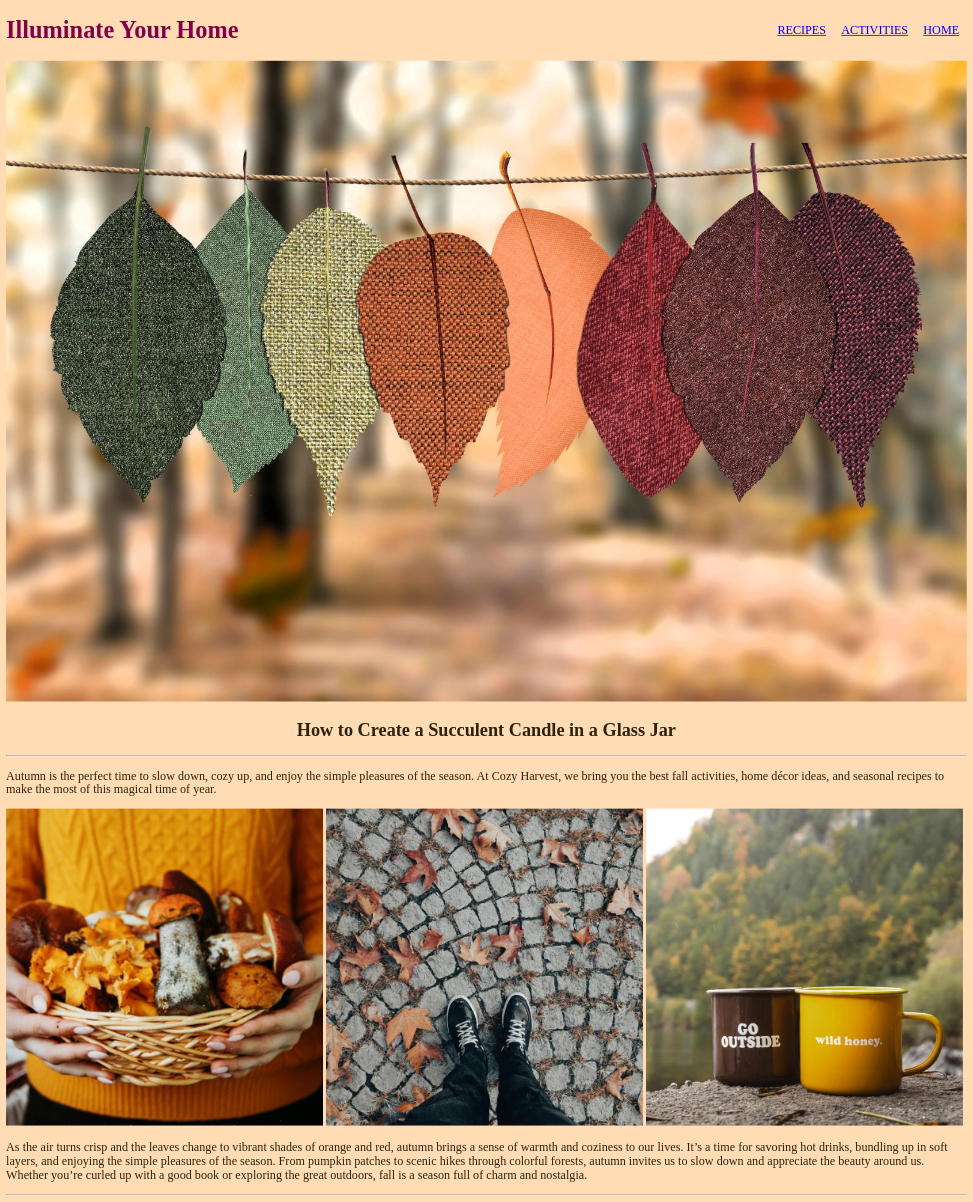
Repository: Brittany-Westlund/MART341-WebDesign
Page: WebDesignHomework/Assignment9/index.html
An editor plug-in stored every save of this project. The page is shown before and after the next save, followed by the edit.
The browser window is 1280 px wide. The pictures show the whole page, at 76% of full size.

Above is the page before, as saved 2024-10-25 19:13:54.

### WebDesignHomework/Assignment9/index.html
<!DOCTYPE html>
<html>
<head>
<meta charset="UTF-8">
<title>Autumn Orchard</title>
<meta name="viewport" content="width=device-width, initial-scale=1.0">
    <style>
      body {background-color: rgb(255, 220, 180)}
      h1, h3, blockquote {color: rgb(128, 0, 73)}
      h2, p {color: rgb(45, 34, 13)}
    </style>
</head>
<body>

    <a style="float: right; padding: 10px" href="index.html">HOME</a>
    <a style="float: right; padding: 10px" href="activities.html">ACTIVITIES</a>
    <a style="float: right; padding: 10px" href="recipes.html">RECIPES</a>

    <h1 style="text-align: left;">Illuminate Your Home</h1>
    <img src="images/autumn-leaf-banner-hero.jpg" style="width: 100%">

        <h2 style="text-align: center;">How to Create a Succulent Candle in a Glass Jar</h2>
        <hr />
            <p>Autumn is the perfect time to slow down, cozy up, and enjoy the simple pleasures of the season. At Cozy Harvest, we bring you the best fall activities, home décor ideas, and seasonal recipes to make the most of this magical time of year.</p>

    <img src="images/autumn-basket-held-square.jpg" width="33%"/>
    <img src="images/autumn-cobblestone-square.jpg" width="33%"/>
    <img src="images/autumn-coffee-mugs-square.jpg" width="33%"/>

            <p>As the air turns crisp and the leaves change to vibrant shades of orange and red, autumn brings a sense of warmth and coziness to our lives. It’s a time for savoring hot drinks, bundling up in soft layers, and enjoying the simple pleasures of the season. From pumpkin patches to scenic hikes through colorful forests, autumn invites us to slow down and appreciate the beauty around us. Whether you’re curled up with a good book or exploring the great outdoors, fall is a season full of charm and nostalgia.</p>

        <hr />



</body>
</html>

After the next save:
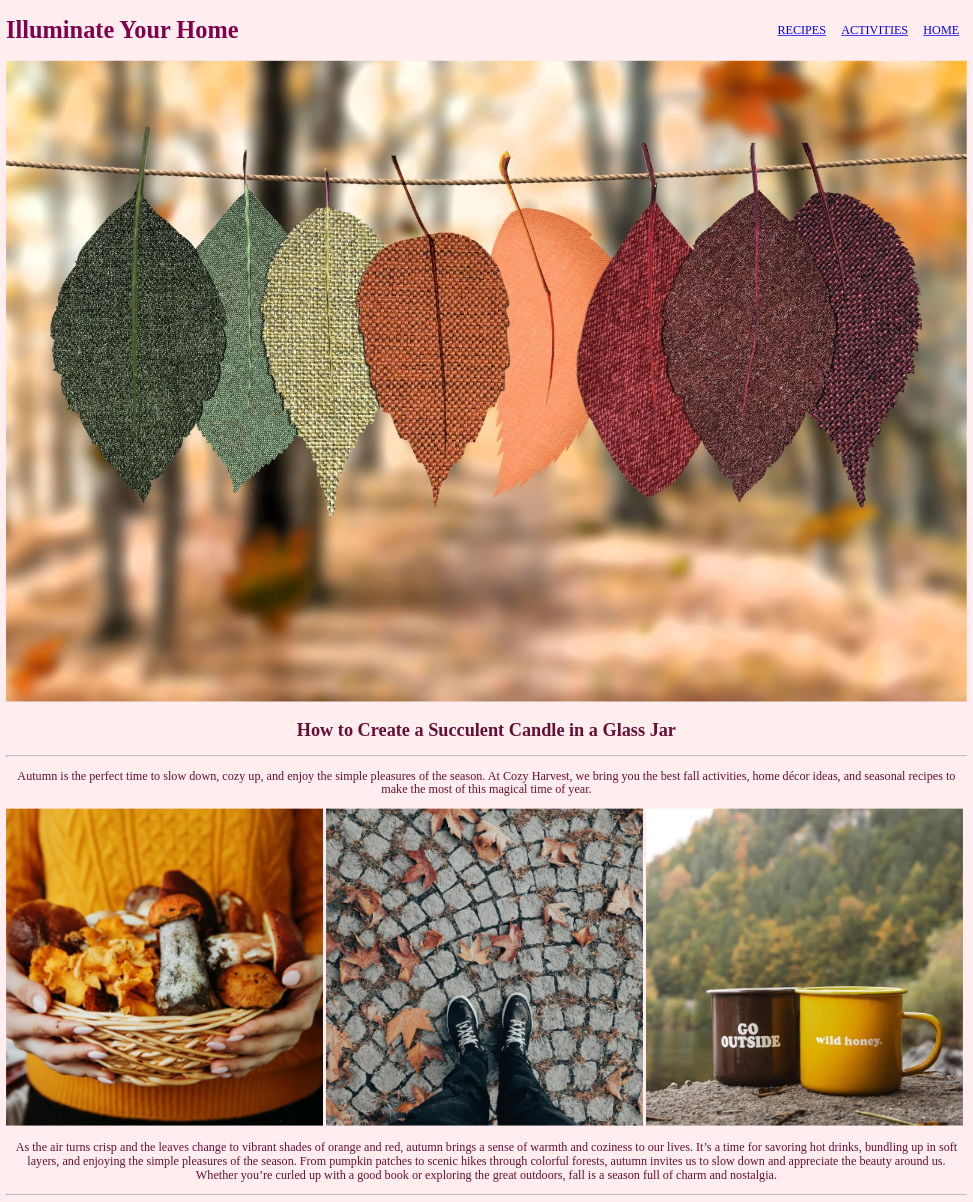
Saved 88 s later.
--- a/WebDesignHomework/Assignment9/index.html
+++ b/WebDesignHomework/Assignment9/index.html
@@ -5,9 +5,84 @@
 <title>Autumn Orchard</title>
 <meta name="viewport" content="width=device-width, initial-scale=1.0">
     <style>
-      body {background-color: rgb(255, 220, 180)}
-      h1, h3, blockquote {color: rgb(128, 0, 73)}
-      h2, p {color: rgb(45, 34, 13)}
+        #logo {
+            text-align: left;
+            text-decoration: none;
+            color:rgb(114, 20, 50)
+        }
+        nav {
+            float: right; /* Tells the nav items to float to the right of its container */
+            padding: 0 10px 10px 10px;
+        }
+        nav a {
+            text-decoration: none; /* Removes the underline for each link */
+            padding: 10px; /* Adds spacing around each link */
+            color: black; /* Set a color for the text, if needed */
+            display: inline-block; /* Ensures the links are treated like blocks within the nav */
+        }
+        body {
+            background-color: rgb(255, 237, 239);
+        }
+        h1 {
+            color: rgb(128, 0, 73); /* Sets the text's color */
+        }
+        h2, p {
+            color: rgb(103, 14, 51);
+            text-align: center;
+        }
+        h3 {
+            color: rgb(128, 0, 73);
+            text-align: center;
+        }
+        .recipe-section {
+            width: 90%;
+            margin: 0 auto; /* Centers block-level elements, like divs, horizontally - 0 is for the top and bottom values - auto is for the left and right values - auto allows the browser to adjust the space on the left and right automatically */
+            padding: 0 20px 20px 20px; /* Places padding around all sides except the top */
+        }
+        .recipe {
+            width: 30%; /* Each recipe takes up 30% of the width */
+            float: left;
+            margin: 1.66%; /* Spacing between the recipes */
+            padding: 15px;
+            background-color: #f2fcff;
+            box-sizing: border-box; /* Ensures padding and border are included in width */
+            text-align: center; /* Centers text and images in the recipe div */
+        }
+        .recipe img {
+            width: 100%; /* Makes images full width of container */
+            height: auto;
+        }
+        .special-note {
+            font-weight: bold;
+        }
+        .clear {
+            clear: both; /* Ensures the following content doesn't overlap with the floated elements above */
+        }
+        .media-section {
+            width: 90%;
+            margin: 0 auto;
+            padding: 20px;
+        }
+        .audio-section {
+            width: 30%; /* Audio takes 1/3 of the width */
+            height: 350px;
+            float: left;
+            margin: 1.66%;
+            padding: 15px;
+            background-color: #f2fcff;
+            box-sizing: border-box;
+            text-align: center;
+        }
+        .timer-section {
+            width: 63%; /* Timer takes 2/3 of the width */
+            height: 350px;
+            float: left;
+            margin: 1.66%;
+            padding: 15px;
+            background-color: #f2fcff;
+            box-sizing: border-box;
+            text-align: center;
+        }
     </style>
 </head>
 <body>
